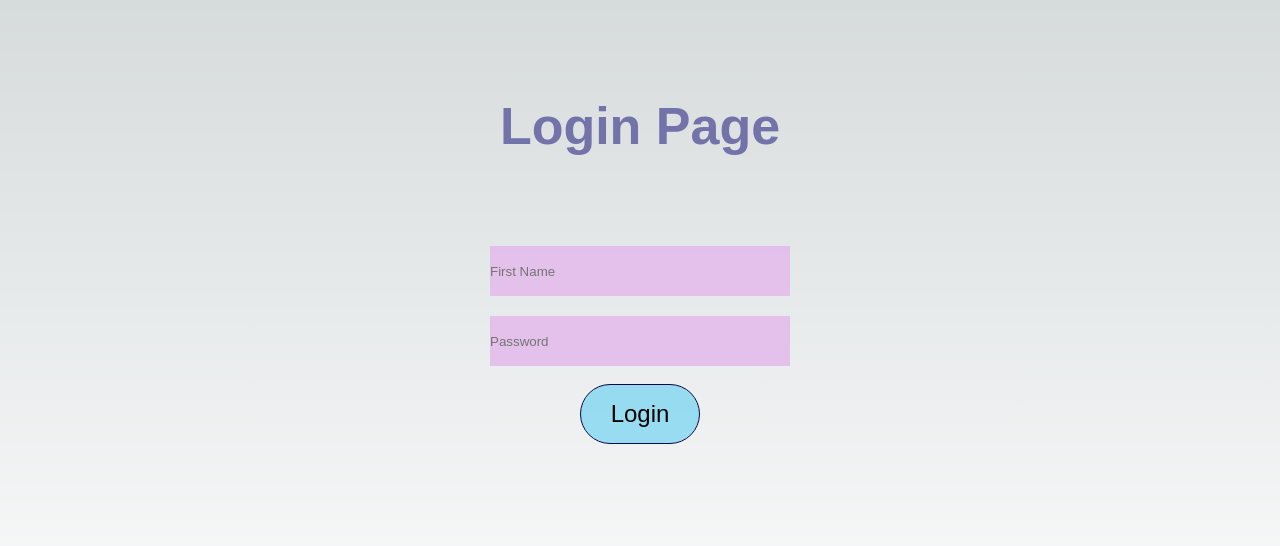
Repository: SaraShio/counter
Page: /
An editor plug-in stored every save of this project. The page is shown before and after the next save, followed by the edit.
The browser window is 1280 px wide. The pictures show the whole page.
The project was rebuilt for these pictures with package versions that can differ from the ones it lists, and the page was loaded fresh each time. The framework's server and built-in components were replaced by stand-ins that run in the browser. Also part of the build but not shown: next.config.js.

Above is the page before, as saved 2023-01-15 22:59:03.

### pages/index.js
import Head from 'next/head'
import Image from 'next/image'
import { Inter } from '@next/font/google'
import styles from '../styles/Home.module.css'
import { useEffect, useState } from 'react'
import { useRouter } from 'next/router'


const inter = Inter({ subsets: ['latin'] })

export default function Home() {

  const router = useRouter();

  const [formData, setFormData] = useState({
    firstName: '',
    password: '',
  })

  const CheckLogin = () => {
    console.log(formData.firstName);
    console.log(formData);

    if (formData.password !== null) {
      router.push({
        pathname: './counter',
        query: {
          password: formData.firstName
        }
      })
    }
  }


  return (
    <>
      <Head>
        <title>Create Next App</title>
        <meta name="description" content="Generated by create next app" />
        <meta name="viewport" content="width=device-width, initial-scale=1" />
        <link rel="icon" href="/favicon.ico" />
      </Head>
      <main className={styles.main}>
        <label className={styles.title}>Login Page</label>
        <input
          placeholder='First Name'
          type="text"
          id="first"
          name="first"
          //pattern="[A-Z]{1}[a-z]{2-10}"
          //title="The first letter should be uppercase"
          onChange={(e => setFormData({ ...formData, firstName: e.target.value }))}
        />

        <input
          placeholder='Password'
          type="text"
          id="password"
          name="password"
          //required
          //minLength="5"
          //maxLength="10"
          onChange={(e => setFormData({ ...formData, password: e.target.value }))}

        />


        <button className={styles.submit} type="submit" onClick={() => CheckLogin()}>Login</button>

      </main>
    </>
  )
}

### styles/globals.css
:root {
  --max-width: 1100px;
  --border-radius: 12px;
  --font-mono: ui-monospace, Menlo, Monaco, 'Cascadia Mono', 'Segoe UI Mono',
    'Roboto Mono', 'Oxygen Mono', 'Ubuntu Monospace', 'Source Code Pro',
    'Fira Mono', 'Droid Sans Mono', 'Courier New', monospace;

  --foreground-rgb: 0, 0, 0;
  --background-start-rgb: 214, 219, 220;
  --background-end-rgb: 255, 255, 255;
  --light-purple: #e3b8eccf;
  --purple: #874e93;
  --medium-purple: #6565a2e3;
  --dark-gray: #434346;
  --deep-blue: #0a0a47;
  --light-blue: #51ccf18c;
  --extra-large-header-font: 52px;
  --large-header-font: 40px;
  --medium-header-font: 32px;
  --small-header-font: 24px;
  --new-font: 'Raleway', sans-serif, 'Unbounded', cursive;
  --padding: 16px;


  --primary-glow: conic-gradient(from 180deg at 50% 50%,
      #16abff33 0deg,
      #0885ff33 55deg,
      #54d6ff33 120deg,
      #0071ff33 160deg,
      transparent 360deg);
  --secondary-glow: radial-gradient(rgba(255, 255, 255, 1),
      rgba(255, 255, 255, 0));

  --tile-start-rgb: 239, 245, 249;
  --tile-end-rgb: 228, 232, 233;
  --tile-border: conic-gradient(#00000080,
      #00000040,
      #00000030,
      #00000020,
      #00000010,
      #00000010,
      #00000080);

  --callout-rgb: 238, 240, 241;
  --callout-border-rgb: 172, 175, 176;
  --card-rgb: 180, 185, 188;
  --card-border-rgb: 131, 134, 135;
}

@media (prefers-color-scheme: dark) {
  :root {
    --foreground-rgb: 255, 255, 255;
    --background-start-rgb: 0, 0, 0;
    --background-end-rgb: 0, 0, 0;

    --primary-glow: radial-gradient(rgba(1, 65, 255, 0.4), rgba(1, 65, 255, 0));
    --secondary-glow: linear-gradient(to bottom right,
        rgba(1, 65, 255, 0),
        rgba(1, 65, 255, 0),
        rgba(1, 65, 255, 0.3));

    --tile-start-rgb: 2, 13, 46;
    --tile-end-rgb: 2, 5, 19;
    --tile-border: conic-gradient(#ffffff80,
        #ffffff40,
        #ffffff30,
        #ffffff20,
        #ffffff10,
        #ffffff10,
        #ffffff80);

    --callout-rgb: 20, 20, 20;
    --callout-border-rgb: 108, 108, 108;
    --card-rgb: 100, 100, 100;
    --card-border-rgb: 200, 200, 200;
  }
}

* {
  box-sizing: border-box;
  padding: 0;
  margin: 0;
}

html,
body {
  max-width: 100vw;
  overflow-x: hidden;
}

body {
  color: rgb(var(--foreground-rgb));
  background: linear-gradient(to bottom,
      transparent,
      rgb(var(--background-end-rgb))) rgb(var(--background-start-rgb));
}

a {
  color: inherit;
  text-decoration: none;
}

@media (prefers-color-scheme: dark) {
  html {
    color-scheme: dark;
  }
}

### styles/Home.module.css
.main {
  display: flex;
  flex-direction: column;
  align-items: center;
  padding: 6rem;
  min-height: 100vh;
  color: var(--medium-purple);
  font-size: var(--large-header-font);
  font-family: var(--new-font);
}

.title {
  font-size: var(--extra-large-header-font);
  font-weight: bold;
  margin-bottom: 80px;
}


.main>input {
  width: 300px;
  height: 50px;
  background-color: var(--light-purple);
  border: none;
  margin: 10px;
}



.submit {
  background-color: var(--light-blue);
  border: 0.5px solid var(--deep-blue);
  width: 120px;
  height: 60px;
  border-radius: 1000px;
  font-size: var(--small-header-font);
  font-family: var(--new-font);
  margin: 8px;
  padding: 4px;
}

Loaded but not shown: pages/_app.js (common file); pages/_document.js (common file)

After the next save:
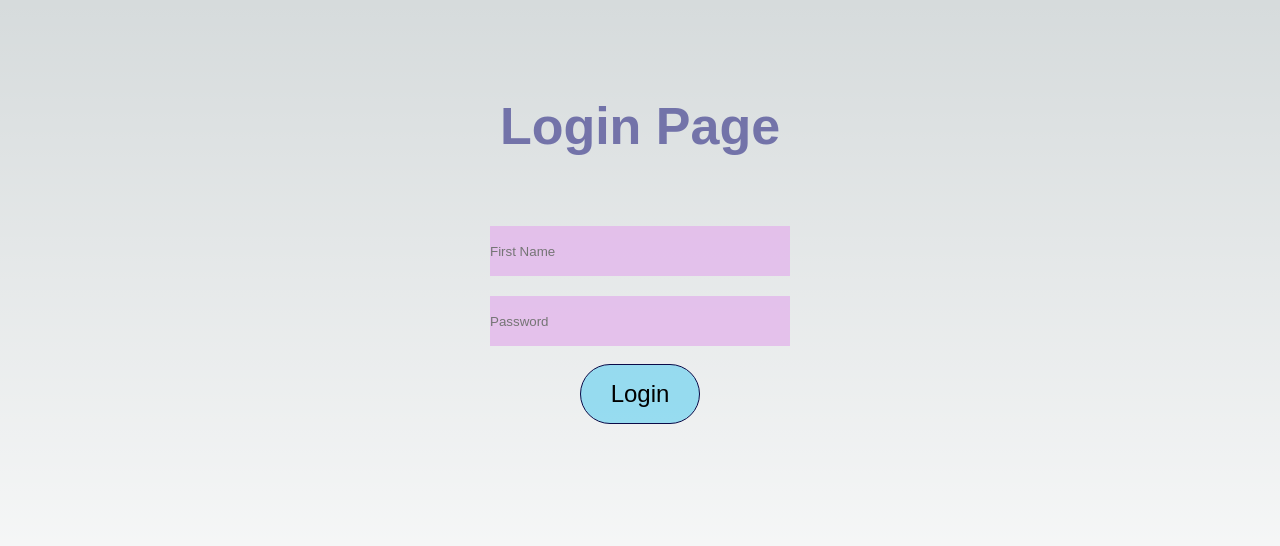
Saved 4 s later.
--- a/styles/Home.module.css
+++ b/styles/Home.module.css
@@ -12,7 +12,7 @@
 .title {
   font-size: var(--extra-large-header-font);
   font-weight: bold;
-  margin-bottom: 80px;
+  margin-bottom: 60px;
 }
 
 
